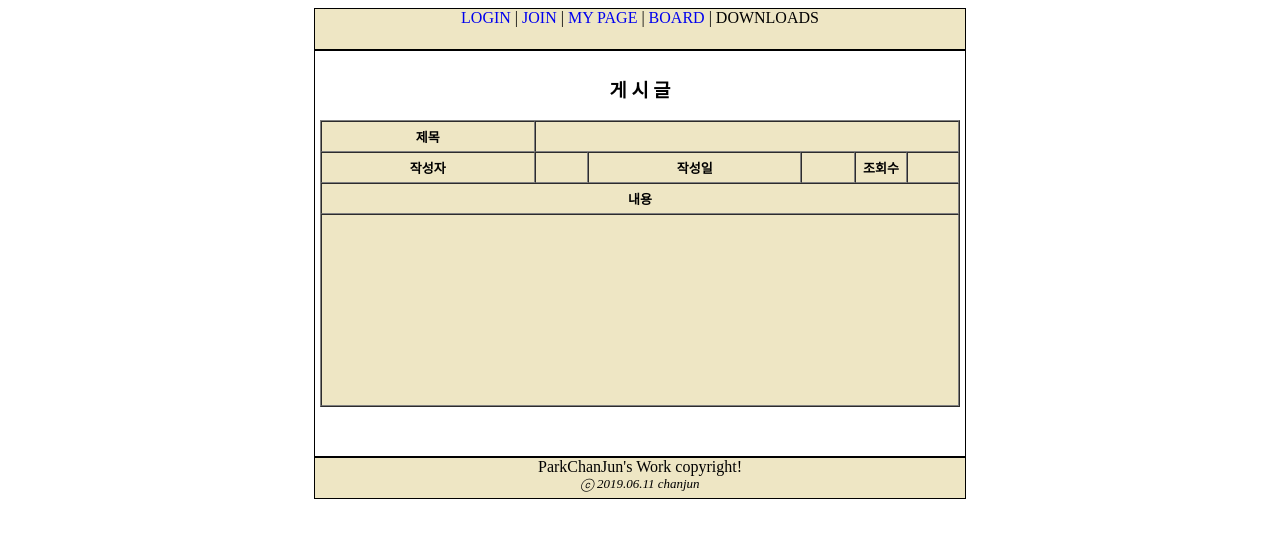
Repository: slolee/Spring-Board
Page: http://localhost/spring_project/WEB-INF/views/board/contentView.jsp
These files come from the project's save history. The page is drawn as it stood at one moment and after the next save; the edit follows.
The browser window is 1280 px wide. The pictures show the whole page.
The page is served by Tomcat 9. Nobody is signed in. Other server files are loaded and not shown. The template is opened directly, without the code that normally fills it, so the values that code supplies are empty.

Above is the page before, as saved 2019-06-17 02:17:31.

### spring_project/src/main/webapp/WEB-INF/views/board/contentView.jsp
<%@ page language="java" contentType="text/html; charset=UTF-8"
    pageEncoding="UTF-8"%>
<%@ taglib prefix="c" uri="http://java.sun.com/jsp/jstl/core" %>
<jsp:include page="../layout/header.jsp">
	<jsp:param name="title" value="Board Page!"/>
</jsp:include>

<h3>게 시 글</h3>
<table border=1 cellpadding="5" cellspacing="0" align="center" width="640px" higth="400px" bgcolor="#FFFFE0" style="font-size:small;">
		<tr>
			<th>제목</th>
			<td colspan="5">${ vo.title }</td>

		</tr>
		<tr>
			<th>작성자</th>
			<td>${ vo.id }</td>
			<th>작성일</th>
			<td>${ vo.regdate }</td>
			<th width="40px">조회수</th>
			<td width="40px">${ vo.hit }</td>
		</tr>

		<tr>
			<th colspan="6">내용</th>
		</tr>

		<tr>
			<td colspan="6" height="180px">${ vo.context }</td>
		</tr>
</table>

<%@ include file = "../layout/footer.jsp" %>

### spring_project/src/main/webapp/WEB-INF/views/layout/footer.jsp
<%@ page language="java" contentType="text/html; charset=UTF-8"
    pageEncoding="UTF-8"%>
		</div>
		<div id="footer" align="center">
			ParkChanJun's Work copyright! <br>
			<i><font size="2">ⓒ 2019.06.11 chanjun</font></i>
		</div>
	</div>
</body>
</html>

### spring_project/src/main/webapp/WEB-INF/views/layout/header.jsp
<%@ page language="java" contentType="text/html; charset=UTF-8"
    pageEncoding="UTF-8"%>
<%@ taglib prefix="c" uri="http://java.sun.com/jsp/jstl/core" %>
<%
	request.setCharacterEncoding("UTF-8");
	String title = request.getParameter("title");
	if(title == null)
		title = "My Homepage";
%>
<!DOCTYPE html PUBLIC "-//W3C//DTD HTML 4.01 Transitional//EN" "http://www.w3.org/TR/html4/loose.dtd">
<html>
<head>
	<meta http-equiv="Content-Type" content="text/html; charset=UTF-8">
	<title><%= title %></title>
	<style>
		#header, #footer{
			background-color: #EEE6C4;
			font-family: "HY울릉도M";
			border: 1px solid black;
			width: 650px;
			height: 40px;
		}
		#main{
			border: 1px solid black;
			width: 650px;
			min-height: 400px;
			padding-top: 5px;
		}
		a{
			text-decoration: none;
		}

		input[type=button], input[type=submit], input[type=reset]{
			font-size: 9pt;
		}

		th, td{
			background-color: #EEE6C4;
		}

	</style>
</head>
<body>
	<div align="center">
		<div id="header" align="center">
			<c:choose>
				<c:when test="${ sessionScope.login_id == null }">
					<a href="loginView.do">LOGIN</a> |
					<a href="joinView.do">JOIN</a> |
				</c:when>
				<c:otherwise>
					${ sessionScope.login_nickname } |
					<a href="logoutLogic.do">LOGOUT</a> |
				</c:otherwise>
			</c:choose>

			<a href="mypageView.do">MY PAGE</a> |
			<a href="boardView.do">BOARD</a> |
			DOWNLOADS
		</div>
		<div id="main" align="center">

After the next save:
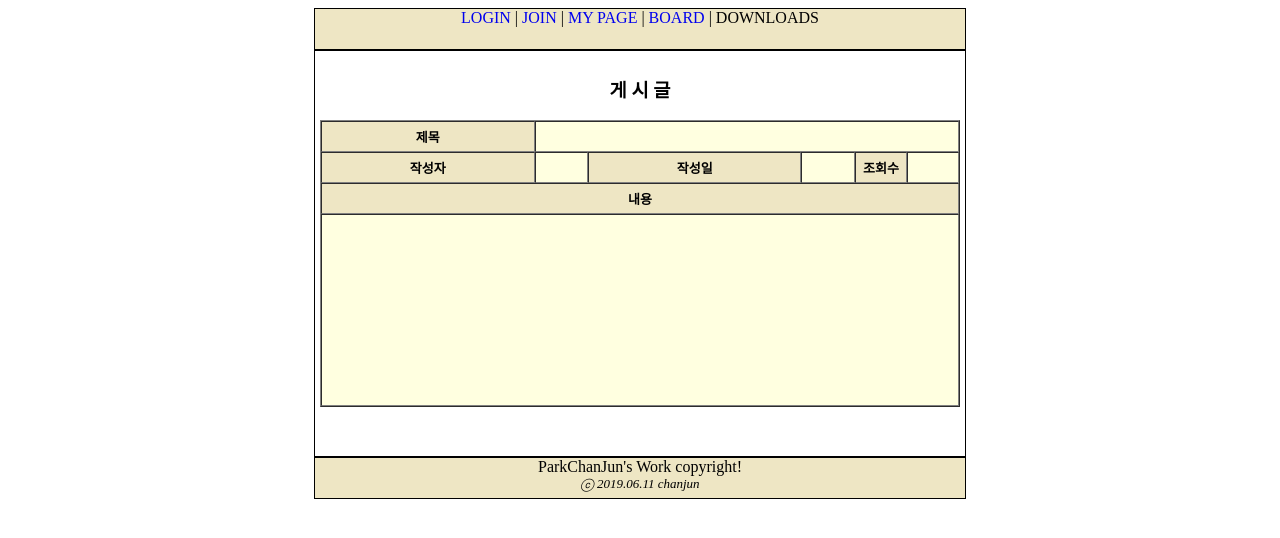
Saved 14 s later.
--- a/spring_project/src/main/webapp/WEB-INF/views/layout/header.jsp
+++ b/spring_project/src/main/webapp/WEB-INF/views/layout/header.jsp
@@ -34,7 +34,7 @@
 			font-size: 9pt;
 		}
 
-		th, td{
+		th{
 			background-color: #EEE6C4;
 		}
 
